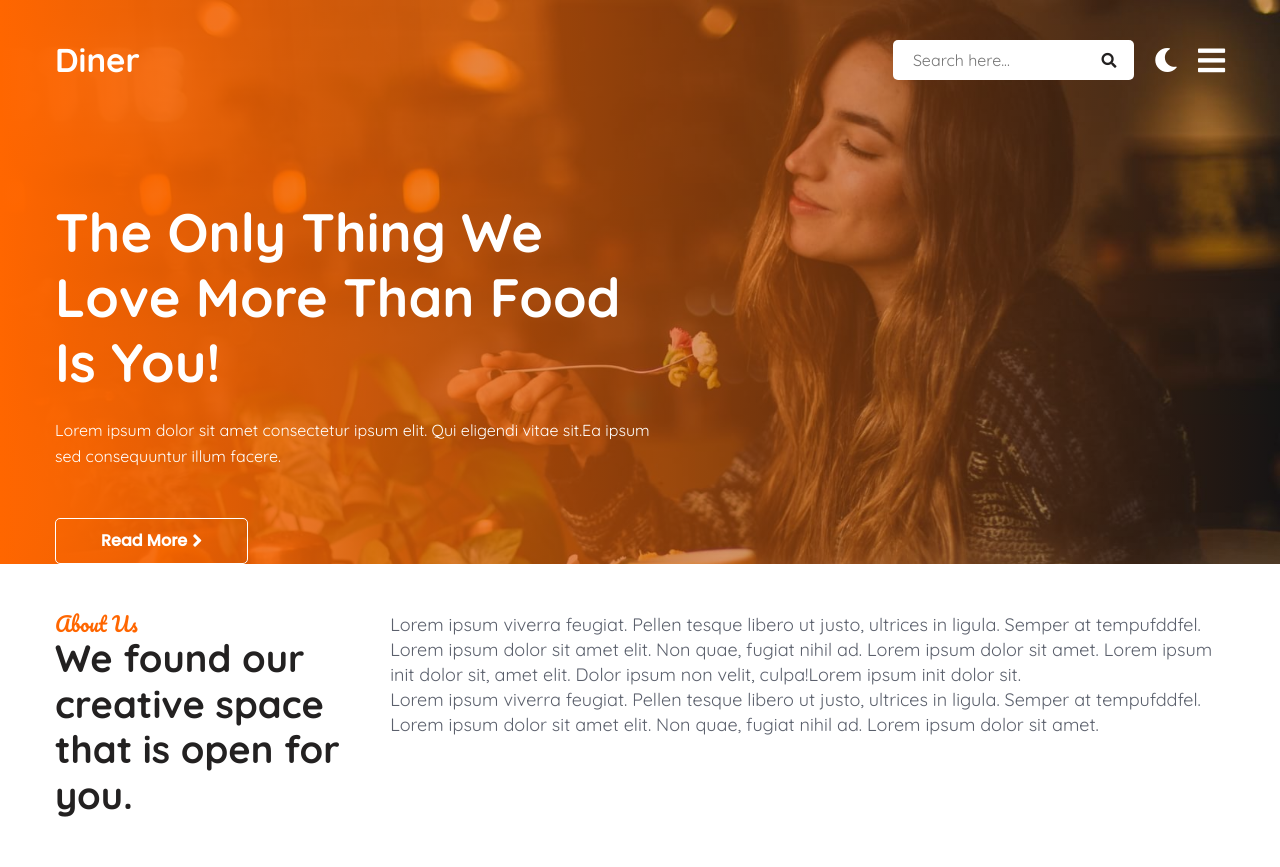
Repository: baobaodeveloper/bootscap21_project_AnhBao_VietToan_VietDuc
Page: index.html
These files come from the project's save history. The page is drawn as it stood at one moment and after the next save; the edit follows.
The browser window is 1280 px wide. The pictures show the whole page.
Backgrounds fixed to the window are drawn as part of the page.

Above is the page before, as saved 2022-03-03 09:16:16.

### index.html
<!DOCTYPE html>
<html lang="en">
  <head>
    <meta charset="UTF-8" />
    <meta http-equiv="X-UA-Compatible" content="IE=edge" />
    <meta name="viewport" content="width=device-width, initial-scale=1.0" />

    <!-- fontawesome link cdn -->
    <link
      rel="stylesheet"
      href="https://cdnjs.cloudflare.com/ajax/libs/font-awesome/5.15.4/css/all.min.css"
      integrity="sha512-1ycn6IcaQQ40/MKBW2W4Rhis/DbILU74C1vSrLJxCq57o941Ym01SwNsOMqvEBFlcgUa6xLiPY/NS5R+E6ztJQ=="
      crossorigin="anonymous"
      referrerpolicy="no-referrer"
    />

    <!-- font -->
    <link rel="preconnect" href="https://fonts.googleapis.com" />
    <link rel="preconnect" href="https://fonts.gstatic.com" crossorigin />
    <link
      href="https://fonts.googleapis.com/css2?family=Pacifico&family=Poppins:wght@300;400;500&family=Quicksand:wght@300;400;500;600;700&display=swap"
      rel="stylesheet"
    />

    <link rel="stylesheet" href="style.css" />
    <title>Diner</title>
  </head>
  <body>
    <header class="header">
      <div class="header__wrapper container">
        <div class="header__top">
          <a class="header__logo" href="#">Diner</a>

          <div class="header__navbar">
            <form class="navbar__search">
              <input type="search" placeholder="Search here..." id="search" />
              <label for="search" class="fas fa-search"></label>
            </form>

            <div class="mode__container">
              <i class="fas fa-sun" id="dark"></i>
              <i class="fas fa-moon" id="light"></i>
            </div>

            <div class="fa fa-bars" id="menu-button"></div>
          </div>

          <nav class="navbar__list">
            <i class="fas fa-times" id="close-button"></i>
            <a href="#">home</a>
            <a href="#">about</a>
            <a href="#">services</a>
            <a href="#">blogs</a>
            <a href="#">404</a>
            <a href="#">landing page</a>
            <a href="#">contact</a>
            <a href="#">shot codes</a>
            <a href="#">email</a>
          </nav>
        </div>

        <div class="header__content">
          <h2>the only thing we love more than food is you!</h2>
          <p>
            Lorem ipsum dolor sit amet consectetur ipsum elit. Qui eligendi
            vitae sit.Ea ipsum sed consequuntur illum facere.
          </p>
          <a href="#" class="btn"
            >read more <i class="fas fa-angle-right"></i
          ></a>
        </div>
      </div>
    </header>

    <section class="about container pad-med">
      <div class="heading">
        <span>about us</span>
        <h3>We found our creative space that is open for you.</h3>
      </div>

      <div class="text">
        <p>
          Lorem ipsum viverra feugiat. Pellen tesque libero ut justo, ultrices
          in ligula. Semper at tempufddfel. Lorem ipsum dolor sit amet elit. Non
          quae, fugiat nihil ad. Lorem ipsum dolor sit amet. Lorem ipsum init
          dolor sit, amet elit. Dolor ipsum non velit, culpa!Lorem ipsum init
          dolor sit.
        </p>

        <p>
          Lorem ipsum viverra feugiat. Pellen tesque libero ut justo, ultrices
          in ligula. Semper at tempufddfel. Lorem ipsum dolor sit amet elit. Non
          quae, fugiat nihil ad. Lorem ipsum dolor sit amet.
        </p>
      </div>
    </section>

    <script src="app.js"></script>
  </body>
</html>

### style.css
* {
  padding: 0;
  margin: 0;
  box-sizing: border-box;
}

:root {
  --primary-font: "Quicksand", sans-serif;
  --secondary-font: "Pacifico", cursive;
  --third-font: "Poppins", sans-serif;
  --primary-color: #ff6600;
  --title-color: #232121;
  --white-color: #fff;
  --text-color: #161c2db3;
  --price-color: #ffc600;
}

img {
  display: block;
  max-width: 100%;
}

button,
input {
  display: inline-block;
  border: none;

  font-family: var(--primary-font);
  font-size: 1.6rem;

  outline: none;
}

a {
  display: inline-block;
  text-decoration: none;
}

html {
  font-size: 62.5%;
}

.container {
  max-width: 1200px;
  margin: 0 auto;
  padding: 0 1.5rem;
}

body {
  color: var(--title-color);

  font-family: var(--primary-font);
  font-size: 1.8rem;
  line-height: 1.2;
}

.pad-med {
  padding-top: 4.8rem;
  padding-bottom: 4.8rem;
}

.heading span {
  color: var(--primary-color);

  font-family: var(--secondary-font);
  font-size: 2rem;
  text-transform: capitalize;
}

.heading h3 {
  font-size: 3.8rem;
}

.text {
  color: var(--text-color);

  font-size: 1.8rem;
  line-height: 1.4;
}

.btn {
  display: inline-flex;
  align-items: center;
  padding: 1.2rem 4.5rem;
  border-radius: 0.5rem;
  border: 1.5px solid var(--white-color);

  color: var(--white-color);
  background-color: transparent;

  font-family: var(--third-font);
  font-size: 1.6rem;
  text-transform: capitalize;
  font-weight: bold;

  transition: 0.4s linear;
}

.btn i {
  display: inline-block;
  margin-left: 0.5rem;

  font-size: 2rem;
}

.btn:hover {
  background-color: var(--white-color);
  color: var(--primary-color);
}

/* header section starts */
#dark {
  display: none;
}

.header {
  background-image: linear-gradient(to right, #ff6600, hsl(30deg 100% 1% / 20%)),
    url(./image/banner1.jpg);

  background-size: cover;
  background-repeat: no-repeat;
  background-attachment: fixed;

  min-height: 70vh;
}

.header__top {
  display: flex;
  justify-content: space-between;
  padding-top: 4rem;
  padding-bottom: 2rem;
}

.header__logo {
  color: var(--white-color);

  font-size: 3.3rem;
  font-weight: bold;
}

.navbar__search {
  position: relative;
}

.navbar__search input {
  padding: 1rem 5rem 1rem 2rem;

  border-radius: 0.5rem;

  color: var(--text-color);
}

.navbar__search label {
  position: absolute;
  top: 50%;
  right: 2.5rem;

  transform: translate(50%, -50%);

  font-size: 1.5rem;

  cursor: pointer;
}

.header__navbar {
  display: flex;
  justify-content: space-between;
  align-items: center;
  gap: 2rem;
}

.mode__container,
#menu-button {
  color: var(--white-color);

  cursor: pointer;
}

.mode__container {
  font-size: 2.4rem;
}

#menu-button {
  font-size: 3.1rem;
}

.header__content {
  max-width: 60rem;
  margin-top: 10rem;

  color: var(--white-color);
}

.header__content h2 {
  font-size: 5.4rem;

  text-transform: capitalize;
}

.header__content p {
  margin: 2.4rem 0 4.8rem;

  font-size: 1.6rem;
  line-height: 1.6;
}

.navbar__list {
  position: fixed;
  top: 0;
  left: 0;
  width: 100vw;
  height: 100vh;
  z-index: 20;

  display: flex;
  flex-direction: column;
  align-items: center;
  justify-content: center;

  visibility: hidden;
  opacity: 0;
  transform: scale(0.9);

  background-color: rgb(6 3 0 / 77%);

  transition: transform 0.3s, opacity 0.9s, visibility 0s 0.4s;
}

.navbar__list.active {
  visibility: visible;
  opacity: 1;
  transform: scale(1);

  transition: transform 0.4s, opacity 0.4s;
}

.navbar__list a {
  margin: 1.5rem 0;

  color: var(--white-color);

  text-transform: capitalize;
  font-family: var(--third-font);
  font-size: 2rem;
  font-weight: 600;

  transition: 0.2s linear;
}

.navbar__list a:hover {
  color: var(--primary-color);
}

#close-button {
  position: absolute;
  top: 3rem;
  right: 3rem;
  z-index: 25;

  width: 3.5rem;
  height: 3.5rem;
  border-radius: 0.5rem;

  color: var(--white-color);
  background-color: var(--primary-color);

  line-height: 3.5rem;
  text-align: center;
  font-size: 1.6rem;

  cursor: pointer;
}

/* header section ends */

/* about section starts */
.about {
  display: flex;
  justify-content: space-between;
}
/* about section ends */

/* media query */

@media screen and (max-width: 767px) {
  html {
    font-size: 55%;
  }

  .header {
    background-position: center;

    min-height: 50vh;
  }
}

### app.js
const menuBtn = document.getElementById("menu-button");
const navList = document.querySelector(".navbar__list");
const closBtn = document.getElementById("close-button");
menuBtn.addEventListener("click", () => {
  navList.classList.add("active");
});

closBtn.addEventListener("click", () => {
  navList.classList.remove("active");
});

After the next save:
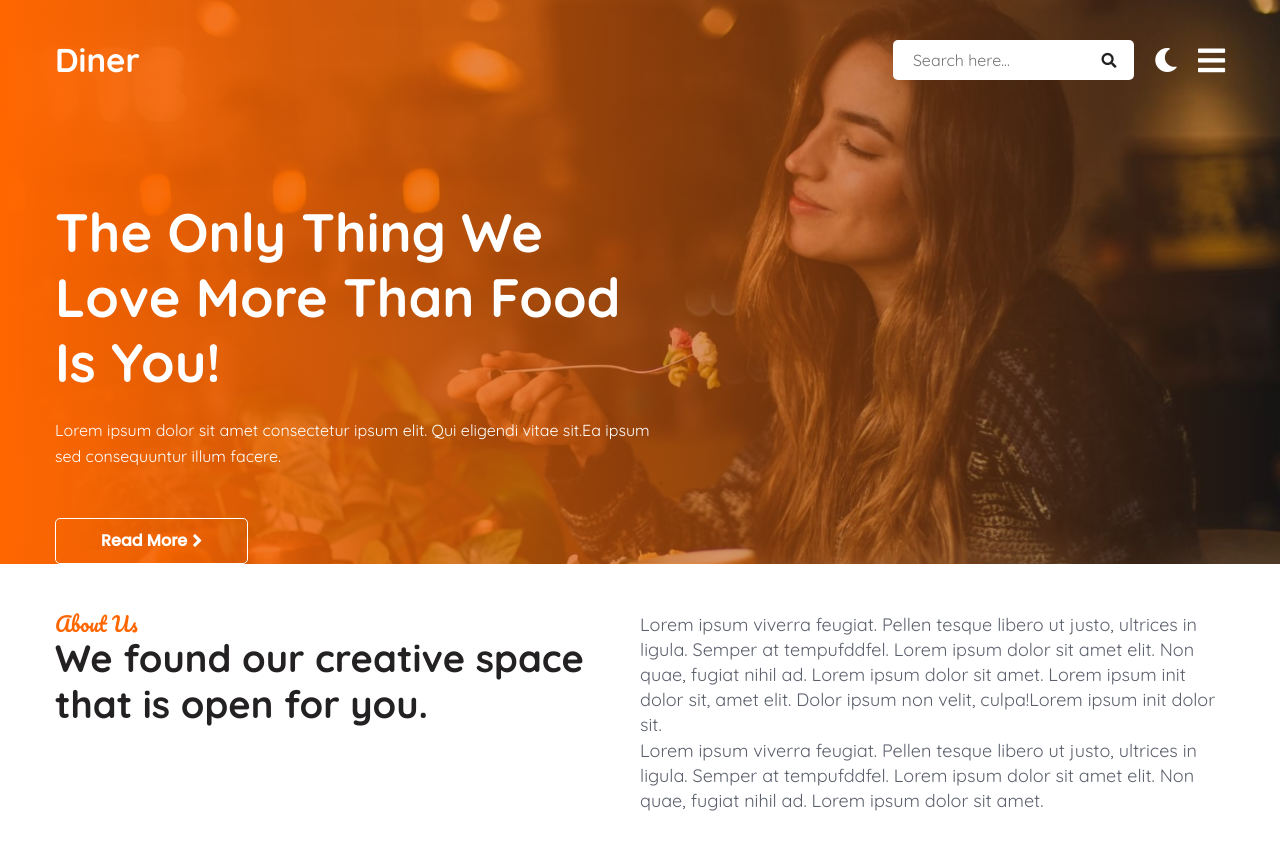
Saved 35 s later.
--- a/style.css
+++ b/style.css
@@ -278,6 +278,10 @@
   display: flex;
   justify-content: space-between;
 }
+
+.about div {
+  width: 50%;
+}
 /* about section ends */
 
 /* media query */

After the save that followed:
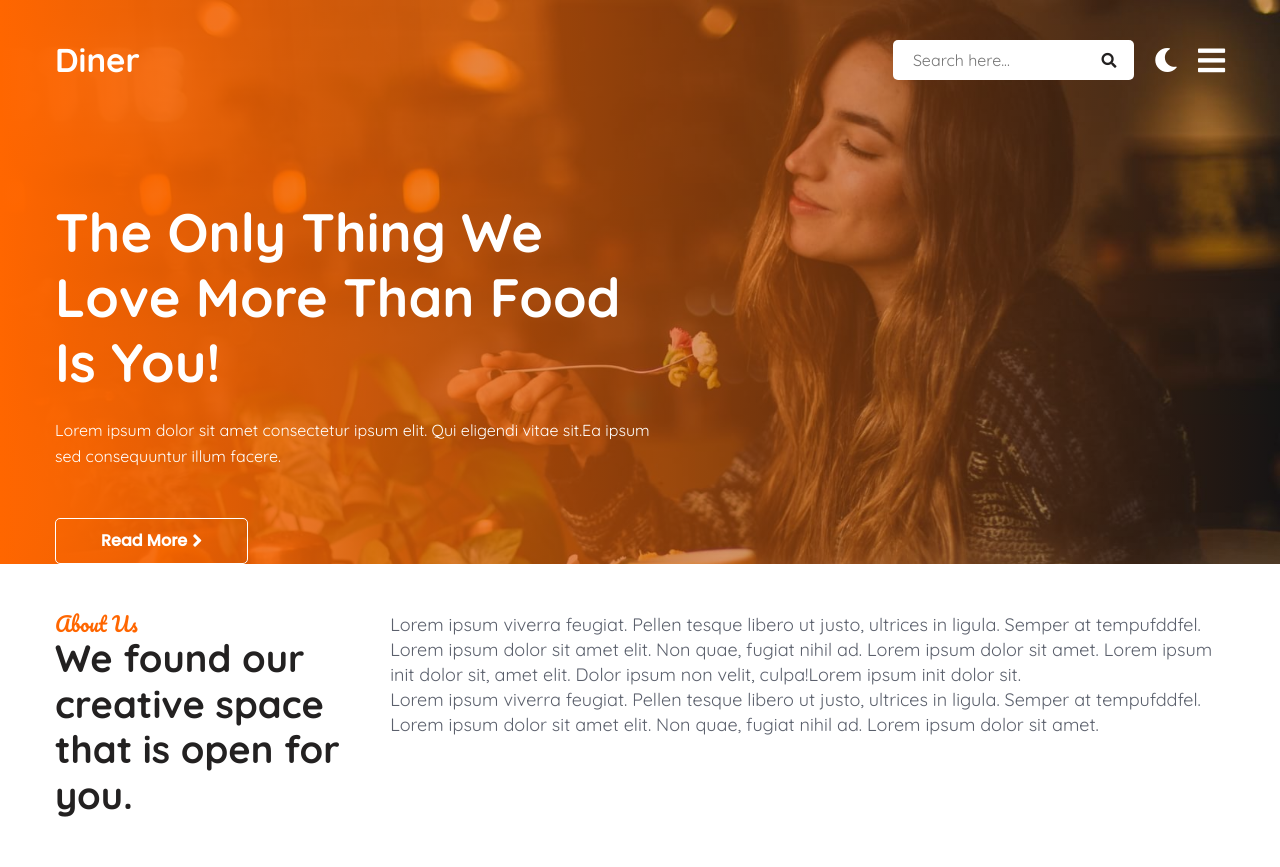
Saved 13 s later.
--- a/style.css
+++ b/style.css
@@ -279,9 +279,6 @@
   justify-content: space-between;
 }
 
-.about div {
-  width: 50%;
-}
 /* about section ends */
 
 /* media query */
